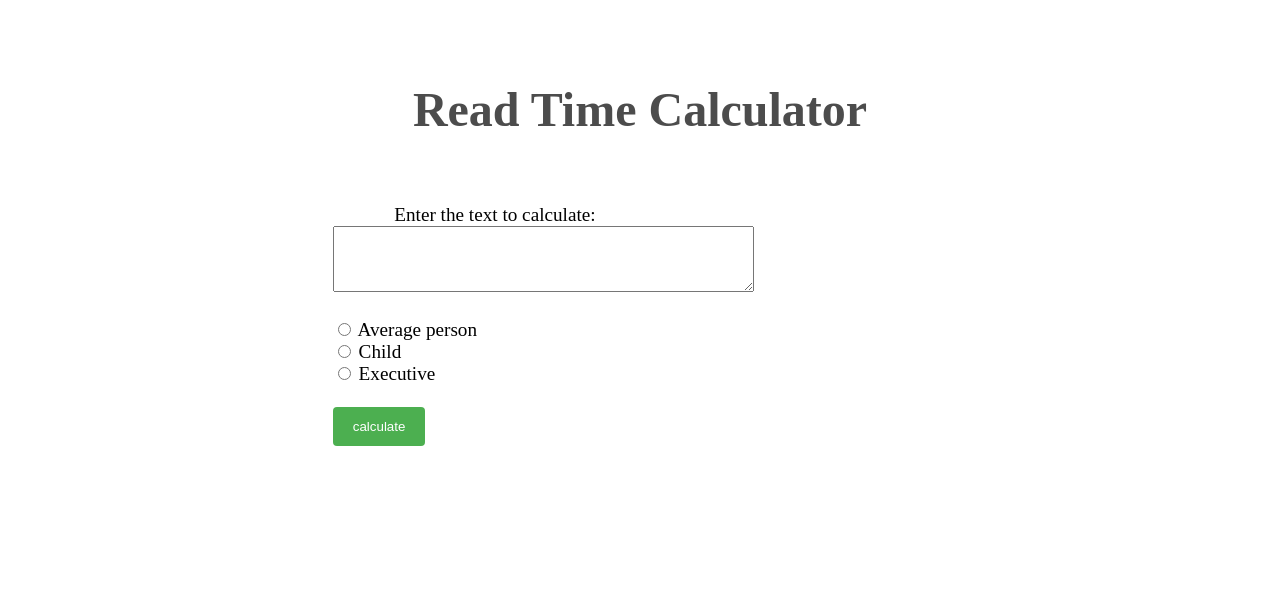
Repository: Full-Creative/Projects
Page: http://localhost/ReadTimeCalculator/
These files come from the project's save history. The page is drawn as it stood at one moment and after the next save; the edit follows.
The browser window is 1280 px wide. The pictures show the whole page.
The page is served by Tomcat 9.

Above is the page before, as saved 2020-11-19 10:34:03.

After the next save:
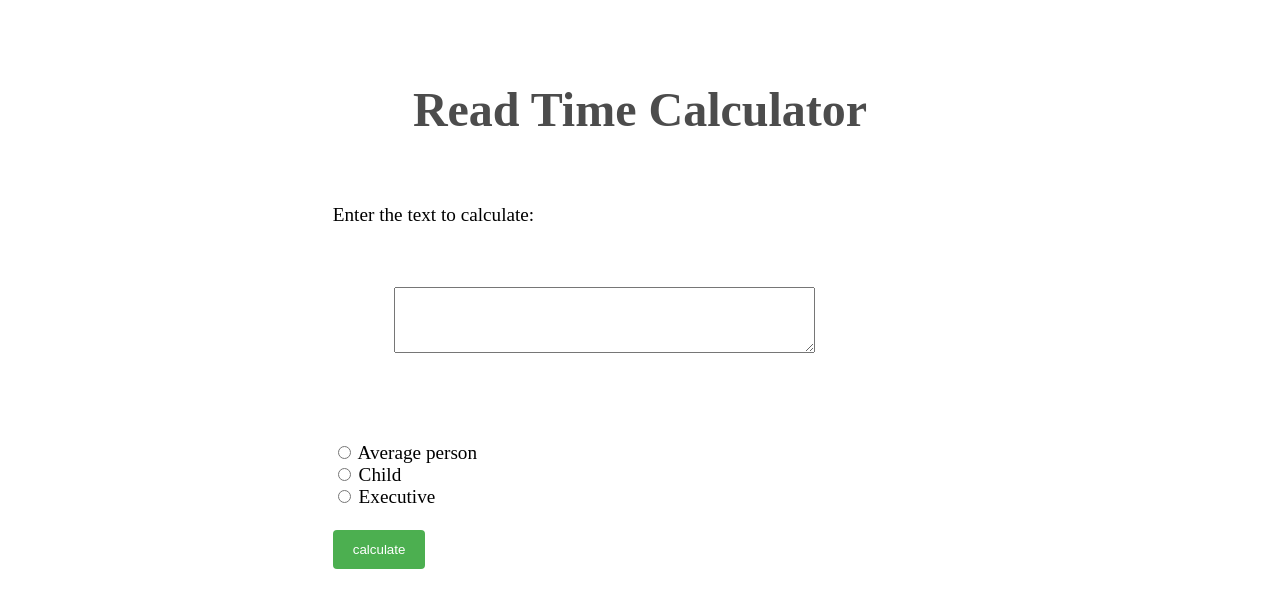
Saved 10 s later.
--- a/ReadTimeCalculator/src/main/webapp/mystyle.css
+++ b/ReadTimeCalculator/src/main/webapp/mystyle.css
@@ -38,7 +38,7 @@ nav a {
 	padding: 10px;
 }
 
-.userInput .inputLabel{
+.userInput #data{
 	margin :10%;
 }
 
